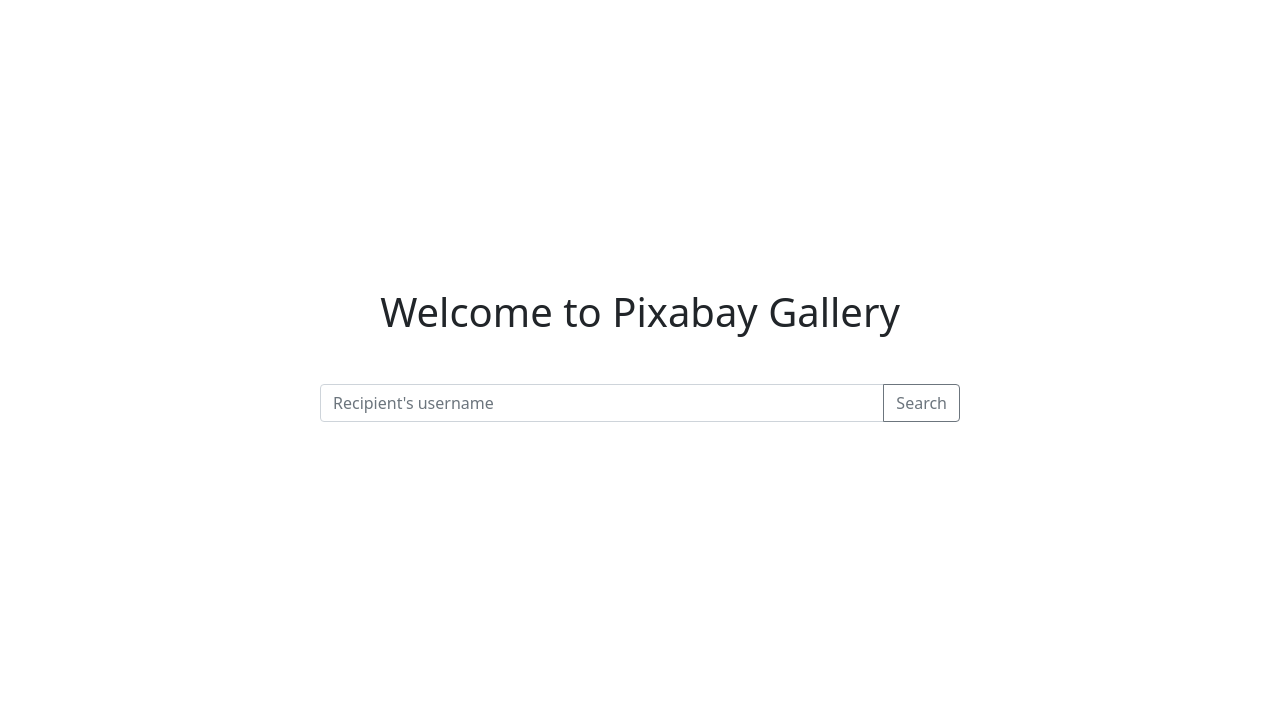
Repository: mehedi9465/PixaBay-Gallery
Page: index.html
An editor plug-in stored every save of this project. The page is shown before and after the next save, followed by the edit.
The browser window is 1280 px wide. The pictures show the whole page.

Above is the page before, as saved 2023-05-09 15:14:19.

### index.html
<!DOCTYPE html>
<html lang="en">
  <head>
    <meta charset="UTF-8" />
    <meta http-equiv="X-UA-Compatible" content="IE=edge" />
    <meta name="viewport" content="width=device-width, initial-scale=1.0" />
    <title>Pixabay</title>
    <link
      rel="shortcut icon"
      href="https://pixabay.com/favicon-32x32.png"
      type="image/x-icon"
    />
    <link
      href="https://cdn.jsdelivr.net/npm/bootstrap@5.1.1/dist/css/bootstrap.min.css"
      rel="stylesheet"
      integrity="sha384-F3w7mX95PdgyTmZZMECAngseQB83DfGTowi0iMjiWaeVhAn4FJkqJByhZMI3AhiU"
      crossorigin="anonymous"
    />
    <script
      src="https://cdn.jsdelivr.net/npm/bootstrap@5.1.1/dist/js/bootstrap.bundle.min.js"
      integrity="sha384-/bQdsTh/da6pkI1MST/rWKFNjaCP5gBSY4sEBT38Q/9RBh9AH40zEOg7Hlq2THRZ"
      crossorigin="anonymous"
    ></script>
    <link rel="stylesheet" href="css/style.css" />
  </head>
  <body>
    <!-- <main>
    <div class="input-group mt-5 mb-5 w-50 mx-auto overflow-hidden">
        <input type="text" class="form-control" placeholder="Recipient's username" aria-label="Recipient's username" aria-describedby="button-addon2" id="InputField">
        <button class="btn btn-outline-secondary" type="button" id="button-addon2">Search</button>
    </div>
    <div id="details" class="text-center mb-5 position-relative overflow-auto">

    </div>

    <div id="image-Container" class="row row-cols-1 row-cols-md-4 g-4 overflow-hidden">

    </div>
</main> -->

    <main>
      <div class="position-relative" style="height: 80vh">
        <div
          class="text-center fs-1 position-absolute top-50 bottom-50 start-0 end-0 m-auto"
        >
          <h1 id="welcometxt" class="text-center fs-1">
            Welcome to Pixabay Gallery
          </h1>
          <div class="input-group mt-5 mb-5 w-50 mx-auto overflow-hidden">
            <input
              type="text"
              class="form-control"
              placeholder="Recipient's username"
              aria-label="Recipient's username"
              aria-describedby="button-addon2"
              id="InputField"
            />
            <button
              class="btn btn-outline-secondary"
              type="button"
              id="button-addon2"
            >
              Search
            </button>
          </div>
        </div>
      </div>

      <div
        id="details"
        class="text-center mb-5 position-relative overflow-auto"
      ></div>

      <div
        id="image-Container"
        class="row row-cols-1 row-cols-md-4 g-4 overflow-hidden"
      ></div>
    </main>

    <script src="js/script.js"></script>
  </body>
</html>

### css/style.css
.col img{
    width: 450px;
    height: 350px;
    object-fit: cover;
}

### js/script.js
const KEY = "12991928-c7c6409774c494db9971343c7";
let dataList = [];

const getData = (query) => {
  fetch(
    `https://pixabay.com/api/?key=${KEY}&q=${query}&image_type=photo&pretty=true`
  )
    .then((response) => response.json())
    .then((data) => loadData(data.hits))
    .catch((err) => console.log(err));
};

document.getElementById("button-addon2").addEventListener("click", () => {
  const inputValue = document.getElementById("InputField").value;
  getData(inputValue);
});

const loadData = (datas) => {
  dataList = [...datas];
  if (datas.length === 0) {
    alert("No result found");
    return;
  }
  const imageContainer = document.getElementById("image-Container");
  imageContainer.innerHTML = "";
  datas.forEach((data) => {
    let imgSerial = datas.indexOf(data);
    const appendDiv = document.createElement("div");
    appendDiv.innerHTML = `
        <div id="image" class="col text-center" onclick="loadDetails('${data.largeImageURL}', '${imgSerial}')">
            <img src="${data.largeImageURL}" class="card-img-top" alt="...">
        </div>
        `;
    imageContainer.appendChild(appendDiv);
  });
};

const detailDiv = document.getElementById("details");

document.getElementById("InputField").addEventListener("click", () => {
  document.getElementById("InputField").value = "";
});

const loadDetails = (data, imgSerial) => {
  // console.log(imgSerial);
  const img = document.createElement("img");
  img.setAttribute("src", data);

  const nextBTN = document.createElement("span");
  // nextBTN.innerHTML = `<button class="btn btn-secondary border-0 outline-0">Next</button>`
  nextBTN.innerHTML = `<img src="https://cdn-icons-png.flaticon.com/512/892/892528.png" width='80' class="position-absolute end-0 top-50 bottom-50 m-auto cursor-pointer" alt="..." onclick="onNext('${imgSerial}')" />`;

  const prevBTN = document.createElement("span");
  // prevBTN.innerHTML = `<button class="btn btn-secondary border-0 outline-0">Prev</button>`
  prevBTN.innerHTML = `<img src="https://cdn-icons-png.flaticon.com/512/892/892512.png" width='80' class="position-absolute start-0 top-50 bottom-50 m-auto cursor-pointer" alt="..." onclick="onPrev('${imgSerial}')" />`;

  detailDiv.innerHTML = "";
  detailDiv.append(prevBTN);
  detailDiv.appendChild(img);
  detailDiv.append(nextBTN);
};

const onNext = (imgSerial) => {
  if (imgSerial >= 0 && imgSerial <= 18) {
    imgSerial++;
    const data = dataList[imgSerial];
    loadDetails(data.largeImageURL, imgSerial);
  } else if (imgSerial == 19) {
    imgSerial = 0;
    const data = dataList[imgSerial];
    loadDetails(data.largeImageURL, imgSerial);
  }
};

const onPrev = (imgSerial) => {
  if (imgSerial <= 19 && imgSerial >=1) {
    imgSerial--;
    const data = dataList[imgSerial];
    loadDetails(data.largeImageURL, imgSerial);
  } else if (imgSerial == 0) {
    imgSerial = 19;
    const data = dataList[imgSerial];
    loadDetails(data.largeImageURL, imgSerial);
  }
};

// const nextBTN = ' <span><img class="border-0 outline-0" src="https://cdn-icons-png.flaticon.com/512/892/892512.png" alt="Prev" width="200"></span>'
// const prevBTN = '<span><img src="https://cdn-icons-png.flaticon.com/512/892/892528.png" alt="Next" width="200"></span>'

After the next save:
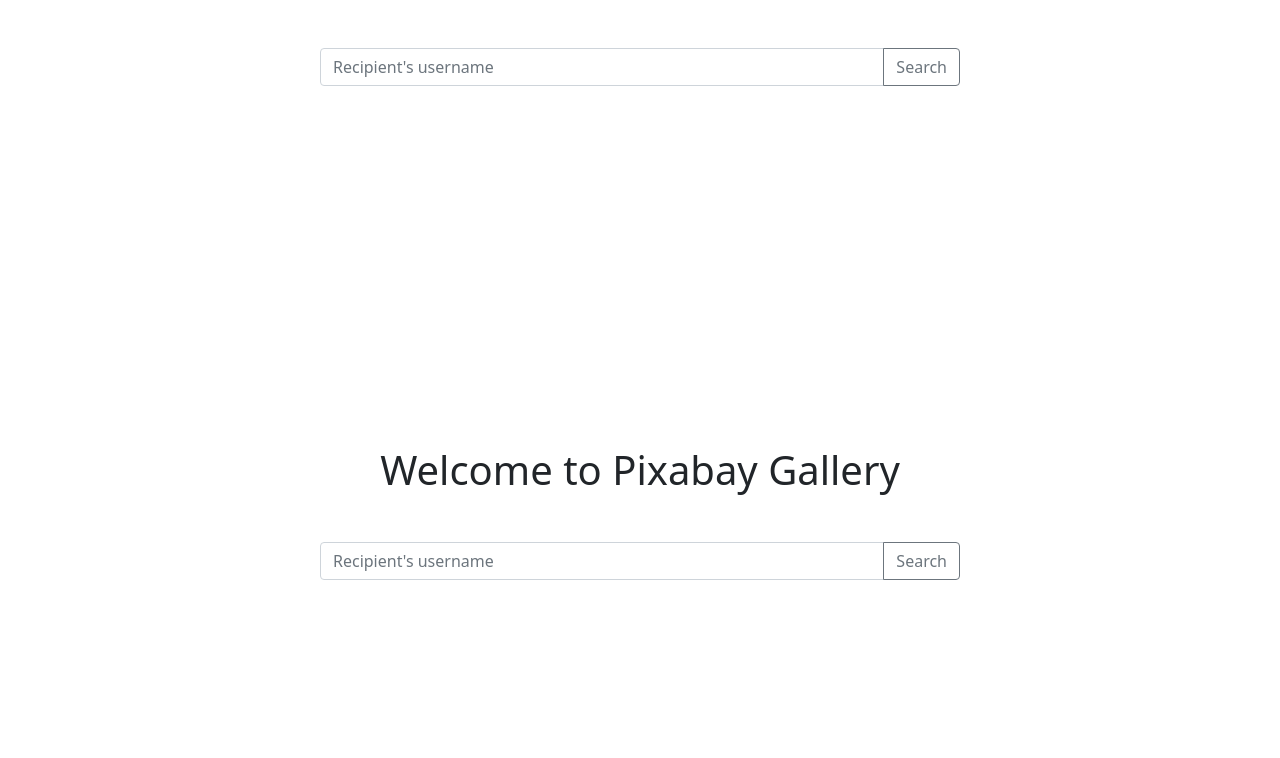
Saved 7 s later.
--- a/index.html
+++ b/index.html
@@ -24,7 +24,7 @@
     <link rel="stylesheet" href="css/style.css" />
   </head>
   <body>
-    <!-- <main>
+    <main>
     <div class="input-group mt-5 mb-5 w-50 mx-auto overflow-hidden">
         <input type="text" class="form-control" placeholder="Recipient's username" aria-label="Recipient's username" aria-describedby="button-addon2" id="InputField">
         <button class="btn btn-outline-secondary" type="button" id="button-addon2">Search</button>
@@ -36,7 +36,7 @@
     <div id="image-Container" class="row row-cols-1 row-cols-md-4 g-4 overflow-hidden">
 
     </div>
-</main> -->
+</main>
 
     <main>
       <div class="position-relative" style="height: 80vh">
